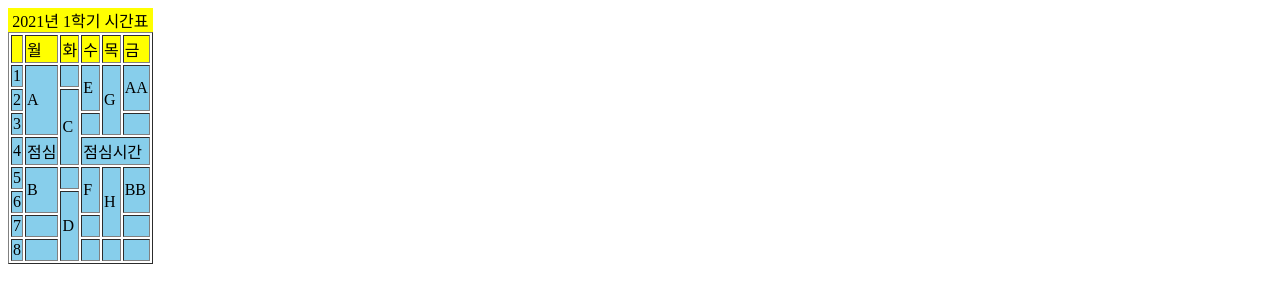
Repository: o-ddong/JSP
Page: ch1_html/WebContent/hello.html
These files come from the project's save history. The page is drawn as it stood at one moment and after the next save; the edit follows.
The browser window is 1280 px wide. The pictures show the whole page.

Above is the page before, as saved 2021-03-03 05:59:40.

After the next save:
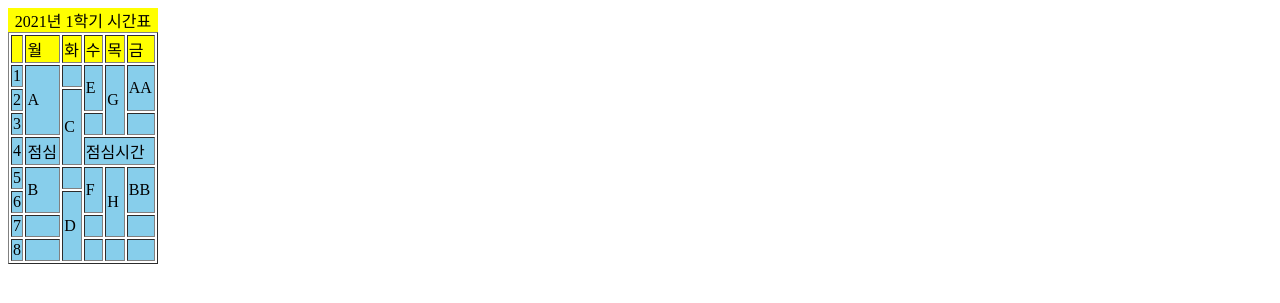
Saved 51 s later.
--- a/ch1_html/WebContent/hello.html
+++ b/ch1_html/WebContent/hello.html
@@ -4,7 +4,7 @@
 <meta charset="EUC-KR">
 <title>Insert title here</title>
 <style type = "text/css">
-	.back_y{background-color:yellow}
+	.back_y{background-color:yellow; width:150px}
 	.back_b{background-color:skyblue}
 </style>
 </head>
